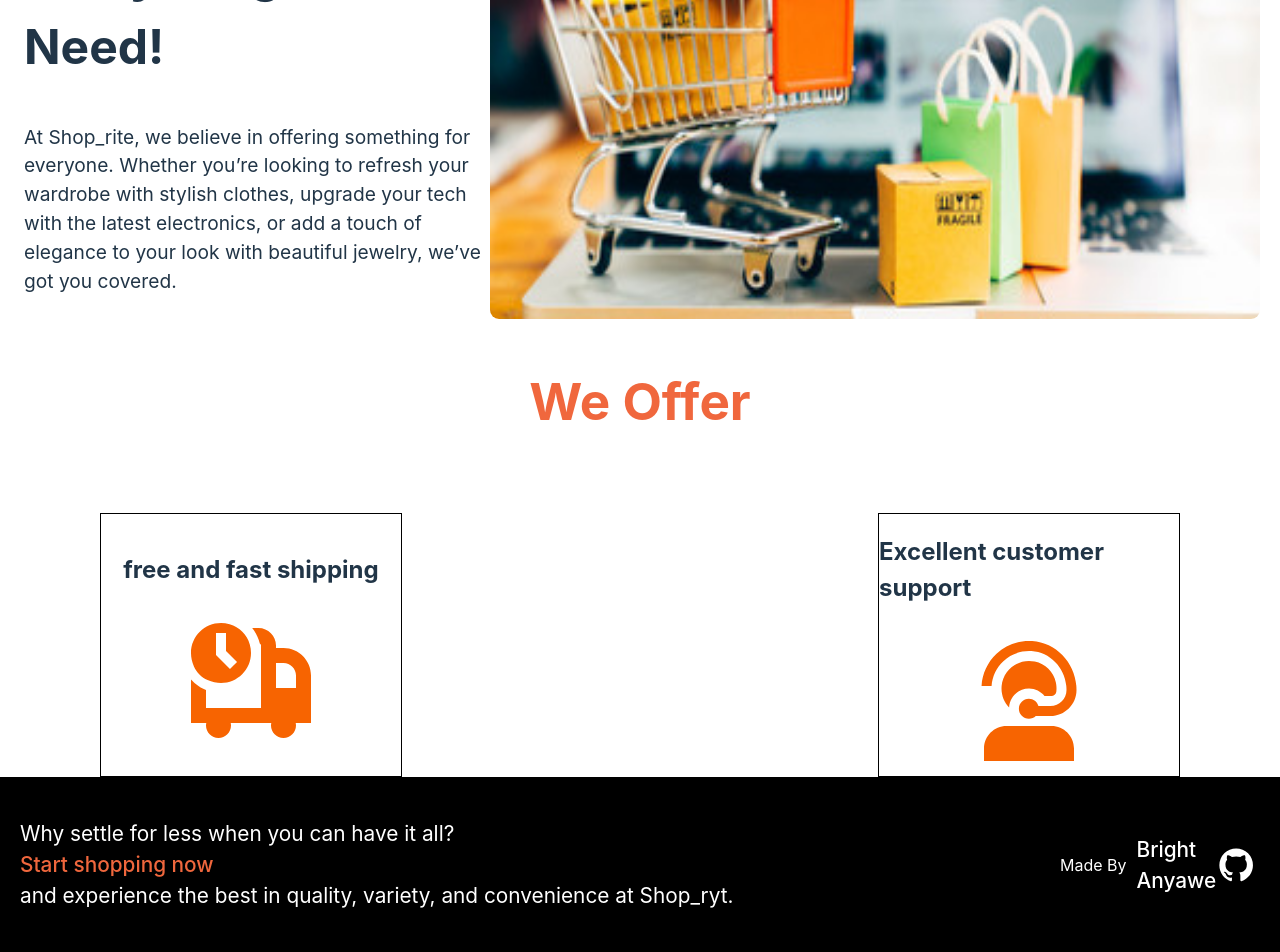
Repository: Bright-Anyawe/Shopping_cart
Page: /
An editor plug-in stored every save of this project. The page is shown before and after the next save, followed by the edit.
The browser window is 1280 px wide. The pictures show the part of the page from y = 1094 to 2046 px (the page is 2046 px tall).
The page's requests for data from a server got no answer. The project was rebuilt for these pictures with package versions that can differ from the ones it lists, and the page was loaded fresh each time. No one was signed in, and anything a server would have sent is missing. Also part of the build but not shown: vite.config.js, src/Components/Layout/Shop.jsx, src/Components/Categories/MenClothing.jsx, src/Components/Categories/WomenClothing.jsx, src/Components/Categories/Electronics.jsx, src/Components/Categories/Jewelry.jsx, src/Components/Features/Delete.jsx, src/Components/Layout/Quantity Summery.jsx.

Above is the page before, as saved 2024-10-28 13:11:10.

After the next save:
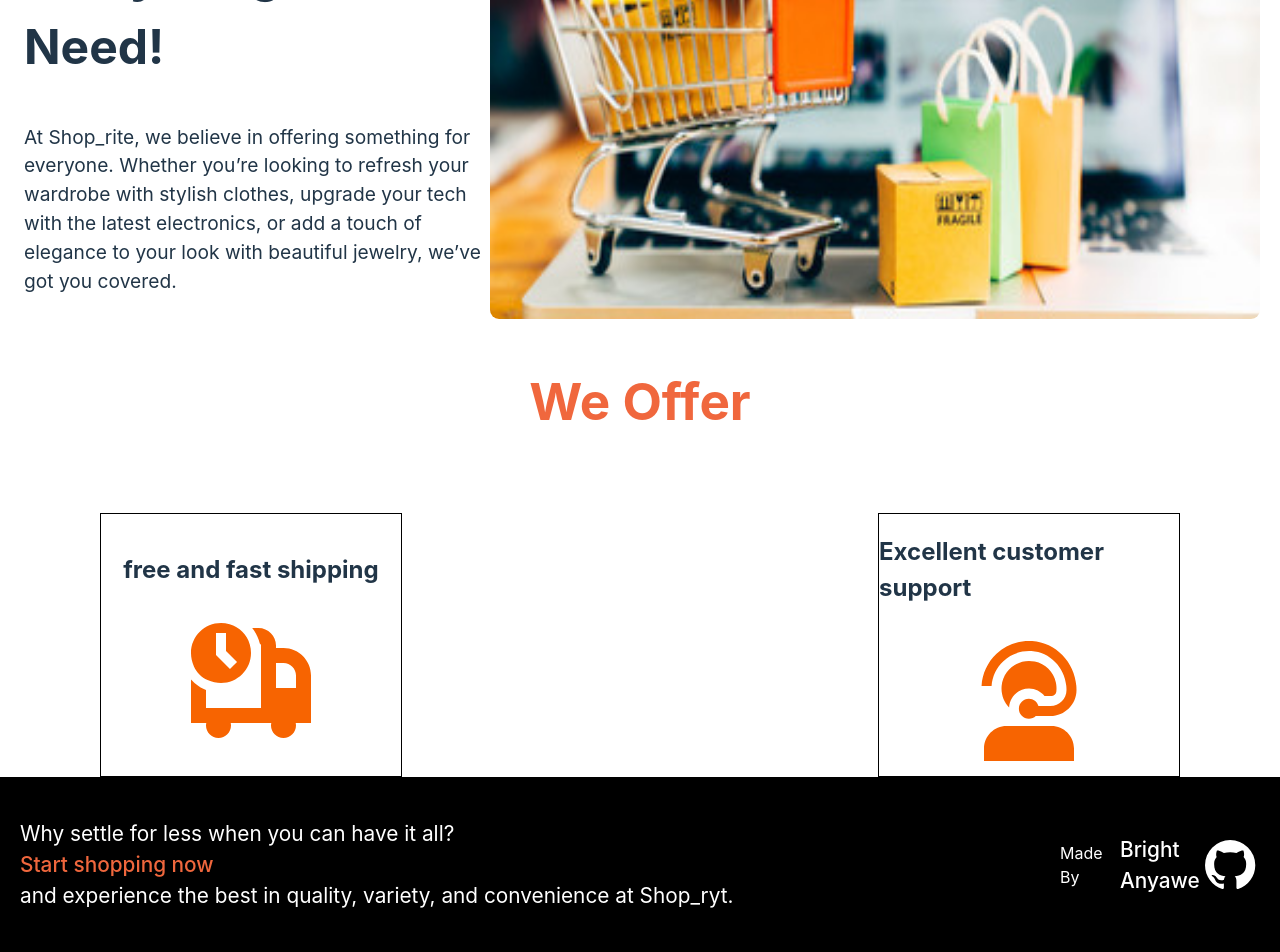
Saved 5 s later.
--- a/src/Components/Styles/layout.css
+++ b/src/Components/Styles/layout.css
@@ -288,7 +288,7 @@ footer a:hover {
 
 footer :first-child {
   font-size: 1.3rem;
-  max-width: 60%;
+  max-width: 70%;
 
 }
 
